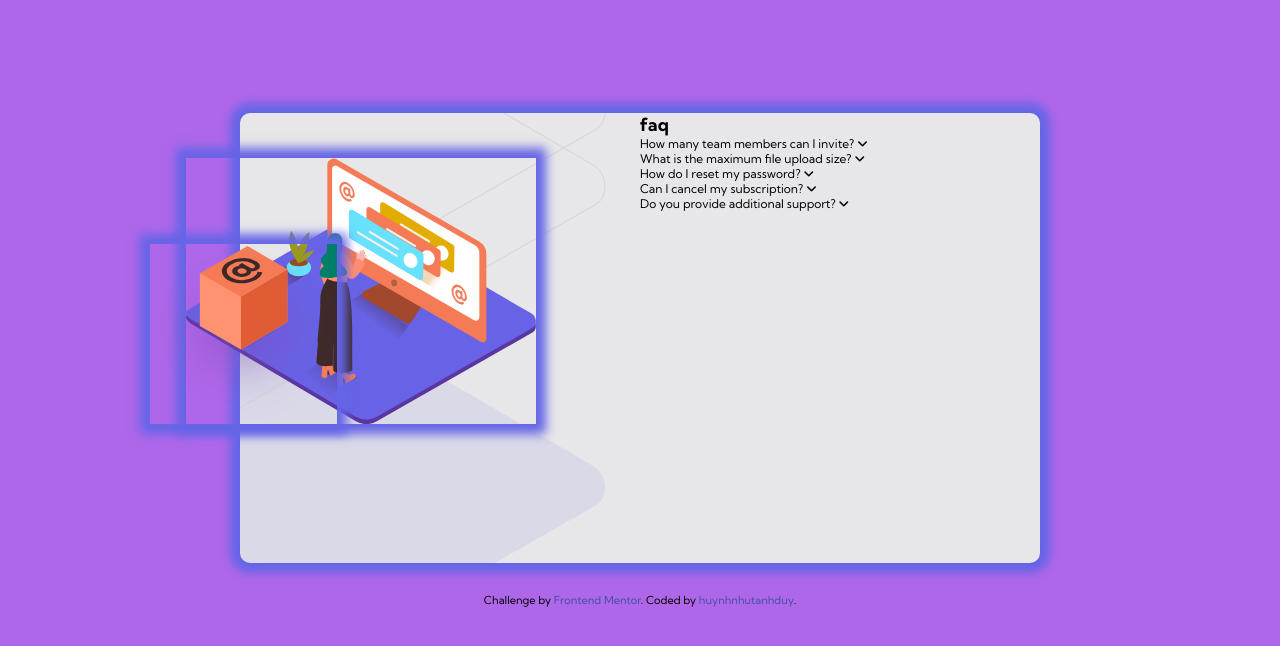
Repository: huynhnhutanhduy/faq-accordion-card
Page: index.html
These files come from the project's save history. The page is drawn as it stood at one moment and after a run of saves; the edit follows.
The browser window is 1280 px wide. The pictures show the whole page.

Above is the page before, as saved 2022-10-20 14:09:48.

### index.html
<!DOCTYPE html>
<html lang="en">
  <head>
    <meta charset="UTF-8" />
    <meta name="viewport" content="width=device-width, initial-scale=1.0" />
    <!-- displays site properly based on user's device -->
    <link rel="icon" type="image/png" sizes="32x32" href="./images/favicon-32x32.png" />
    <title>Frontend Mentor | FAQ Accordion Card</title>
    <link rel="preconnect" href="https://fonts.googleapis.com" />
    <link rel="preconnect" href="https://fonts.gstatic.com" crossorigin />
    <link
      href="https://fonts.googleapis.com/css2?family=Kumbh+Sans:wght@400;700&display=swap"
      rel="stylesheet"
    />
    <link
      rel="stylesheet"
      href="https://cdnjs.cloudflare.com/ajax/libs/font-awesome/6.2.0/css/all.min.css"
      integrity="sha512-xh6O/CkQoPOWDdYTDqeRdPCVd1SpvCA9XXcUnZS2FmJNp1coAFzvtCN9BmamE+4aHK8yyUHUSCcJHgXloTyT2A=="
      crossorigin="anonymous"
      referrerpolicy="no-referrer"
    />
    <link rel="stylesheet" href="./app.css" />
  </head>
  <body>
    <main>
      <article class="card">
        <div class="card-left">
          <div class="card-image">
            <img
              src="./images/illustration-woman-online-desktop.svg"
              alt=""
              class="card-image__item"
            />
          </div>
          <img src="./images/illustration-box-desktop.svg" alt="" class="card-box" />
        </div>
        <div class="card-right">
          <h1 class="card-title">faq</h1>
          <div class="card-list">
            <div class="card-item">
              <div class="card-item__header">
                <span class="card-item__header-title"
                  >How many team members can I invite?
                </span>
                <i class="fa-solid fa-angle-down card-item__header-icon"></i>
              </div>
              <div class="card-item__content">
                <div class="card-item__content-inner">
                  You can invite up to 2 additional users on the Free plan. There is no limit
                  on team members for the Premium plan.
                </div>
              </div>
            </div>
            <div class="card-item">
              <div class="card-item__header">
                <span class="card-item__header-title"
                  >What is the maximum file upload size?
                </span>
                <i class="fa-solid fa-angle-down card-item__header-icon"></i>
              </div>
              <div class="card-item__content">
                <div class="card-item__content-inner">
                  No more than 2GB. All files in your account must fit your allotted storage
                  space.
                </div>
              </div>
            </div>
            <div class="card-item">
              <div class="card-item__header">
                <span class="card-item__header-title">How do I reset my password? </span>
                <i class="fa-solid fa-angle-down card-item__header-icon"></i>
              </div>
              <div class="card-item__content">
                <div class="card-item__content-inner">
                  Click “Forgot password” from the login page or “Change password” from your
                  profile page. A reset link will be emailed to you.
                </div>
              </div>
            </div>
            <div class="card-item">
              <div class="card-item__header">
                <span class="card-item__header-title">Can I cancel my subscription? </span>
                <i class="fa-solid fa-angle-down card-item__header-icon"></i>
              </div>
              <div class="card-item__content">
                <div class="card-item__content-inner">
                  Yes! Send us a message and we’ll process your request no questions asked.
                </div>
              </div>
            </div>
            <div class="card-item">
              <div class="card-item__header">
                <span class="card-item__header-title"
                  >Do you provide additional support?
                </span>
                <i class="fa-solid fa-angle-down card-item__header-icon"></i>
              </div>
              <div class="card-item__content">
                <div class="card-item__content-inner">
                  Chat and email support is available 24/7. Phone lines are open during normal
                  business hours.
                </div>
              </div>
            </div>
          </div>
        </div>
      </article>
    </main>
    <footer class="attribution">
      Challenge by
      <a href="https://www.frontendmentor.io?ref=challenge" target="_blank">Frontend Mentor</a
      >. Coded by <a href="https://github.com/huynhnhutanhduy">huynhnhutanhduy</a>.
    </footer>
  </body>
</html>

### app.css
:root {
  --very-dark-desaturated-blue: hsl(238, 29%, 16%);
  --soft-red: hsl(14, 88%, 65%);
  --soft-violet: hsl(273, 75%, 66%);
  --soft-blue: hsl(240, 73%, 65%);
  --very-dark-grayish-blue: hsl(237, 12%, 33%);
  --dark-grayish-blue: hsl(240, 6%, 50%);
  --light-grayish-blue: hsl(240, 5%, 91%);
}
* {
  margin: 0;
  padding: 0;
  border: 0;
}
*,
*::before,
*::after,
html {
  box-sizing: border-box;
}
html {
  font-size: 62.5%;
}
body {
  font-size: 1.2rem;
  font-weight: normal;
  font-family: "Kumbh Sans", sans-serif;
  background-color: var(--soft-violet);
  height: 100vh;
  width: 100vw;
  display: grid;
  align-content: center;
  justify-content: center;
}
a {
  text-decoration: none;
}
img {
  display: block;
  max-width: 100%;
}

.attribution {
  font-size: 11px;
  text-align: center;
}
.attribution a {
  color: hsl(228, 45%, 44%);
}

.card {
  max-width: 80rem;
  border-radius: 1rem;
  margin-bottom: 3rem;
  background: var(--light-grayish-blue) url("./images/bg-pattern-desktop.svg") no-repeat;
  background-position-x: -600px;
  background-position-y: -300px;
  height: 45rem;
  width: 92rem;
  display: grid;
  grid-template-columns: 350px 1fr;
  grid-gap: 5rem;
  box-shadow: 0 0 10px 10px var(--soft-blue);
}
.card-left {
  position: relative;
}
.card-image img {
  position: absolute;
  top: 45px;
  left: -54px;
  right: 25px;
  box-shadow: 0 0 10px 10px var(--soft-blue);
}
.card-box {
  height: 40%;
  position: absolute;
  top: 131px;
  left: -90px;
  box-shadow: 0 0 10px 10px var(--soft-blue);
  overflow: visible;
}

.card-item__content-inner {
  display: none;
}

After the next 2 saves:
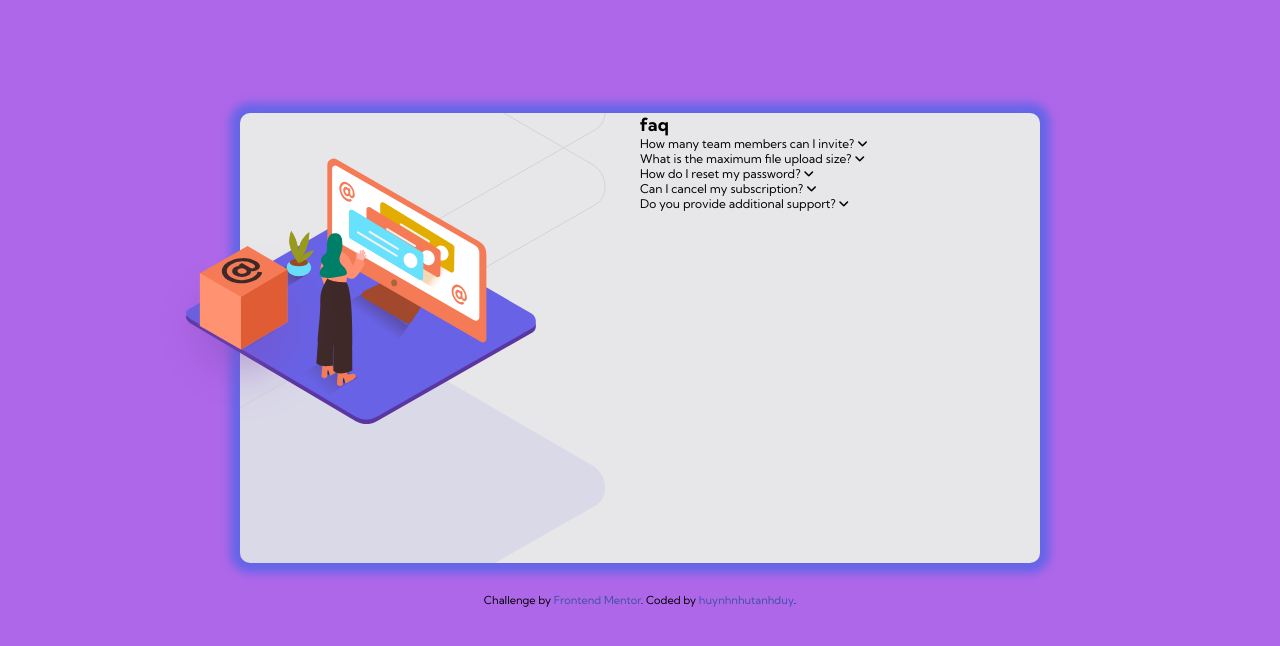
The 2 saves are shown as one change because they came seconds apart.
The last was saved 16 s later.
--- a/app.css
+++ b/app.css
@@ -70,15 +70,12 @@ img {
   top: 45px;
   left: -54px;
   right: 25px;
-  box-shadow: 0 0 10px 10px var(--soft-blue);
 }
 .card-box {
   height: 40%;
   position: absolute;
   top: 131px;
   left: -90px;
-  box-shadow: 0 0 10px 10px var(--soft-blue);
-  overflow: visible;
 }
 
 .card-item__content-inner {
